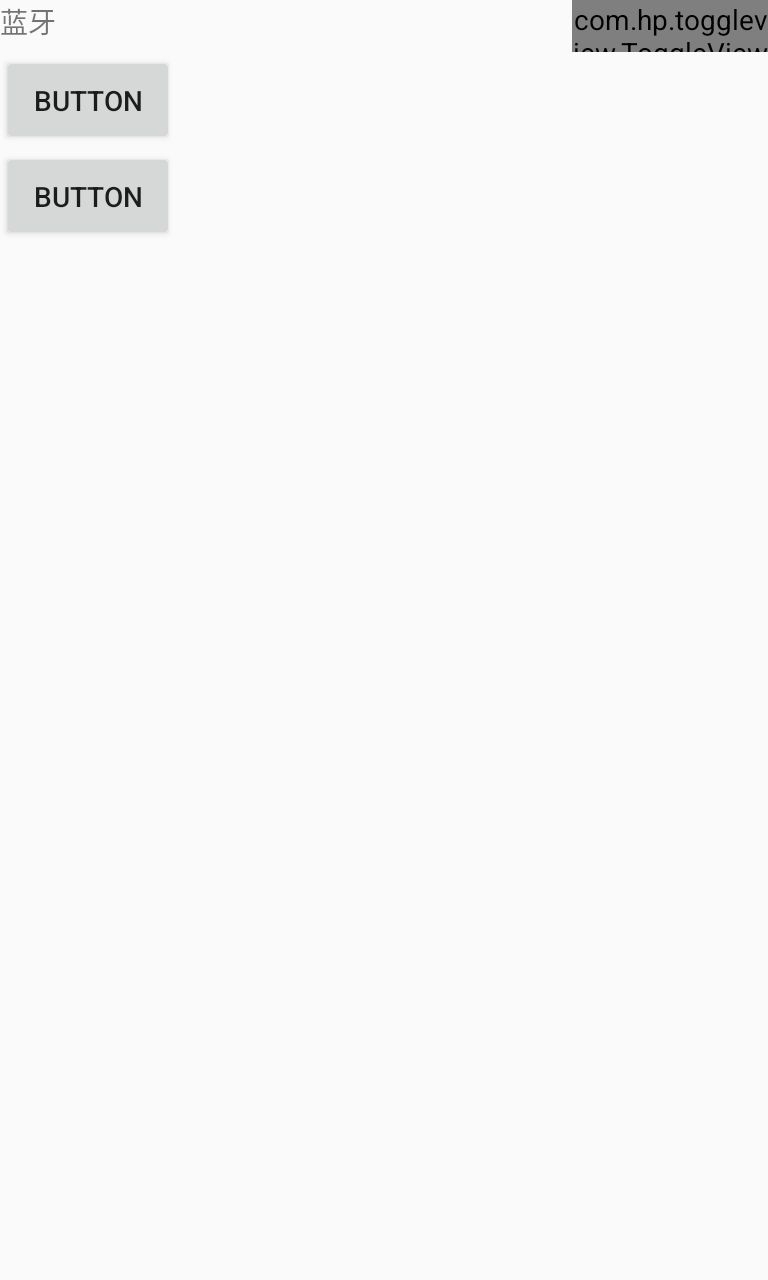
Repository: mimimy/MassagePro
Layout: BLE-Version/MassageTool/res/layout/activity_blooth.xml
These files come from the project's save history. The layout is drawn as it stood at one moment and after the next save; the edit follows.
Pictures or frames that could not be fetched are drawn as grey boxes. It is drawn on a 768 x 1280 px phone screen (xhdpi) without system bars, with theme AppTheme; the app's code is not run. Lists and similar views that code fills are empty.

Above is the layout before, as saved 2018-07-28 01:43:58.

After the next save:
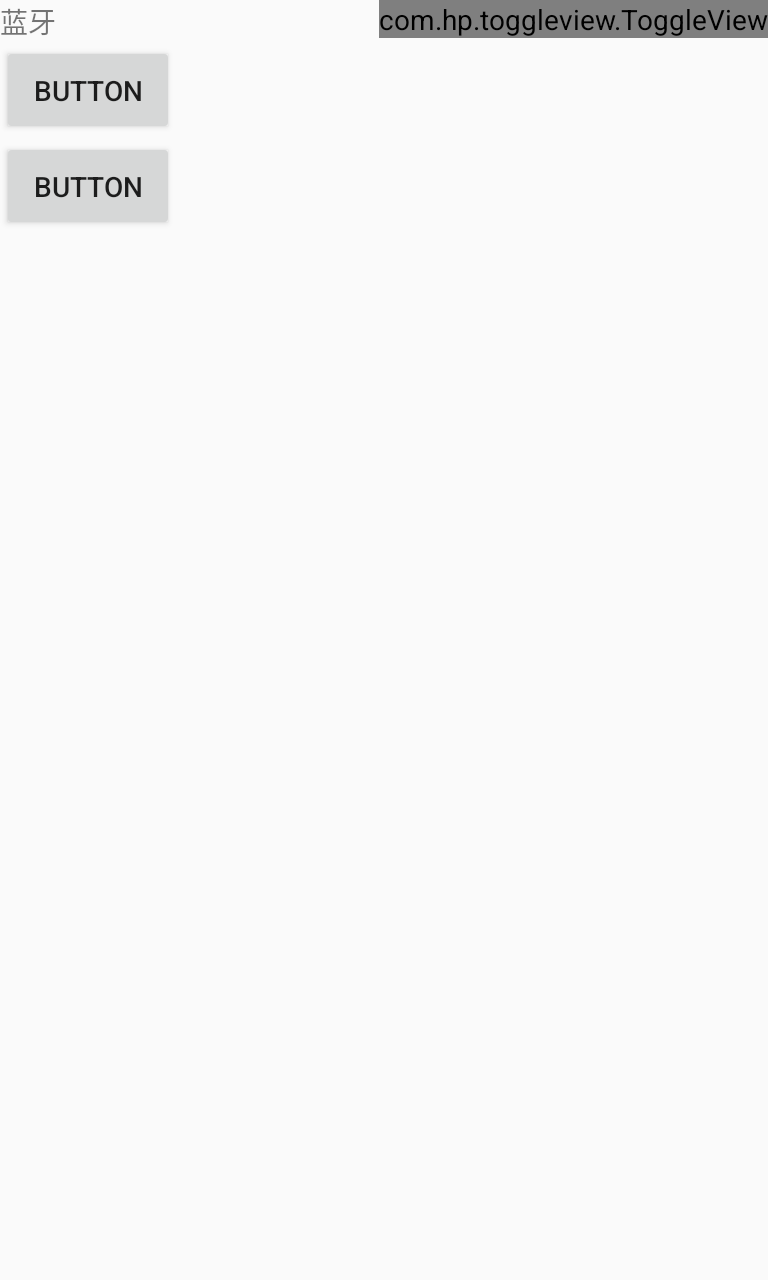
Saved 2 min 27 s later.
--- a/BLE-Version/MassageTool/res/layout/activity_blooth.xml
+++ b/BLE-Version/MassageTool/res/layout/activity_blooth.xml
@@ -17,9 +17,13 @@
 
 	    <com.hp.toggleview.ToggleView
 	        android:id="@+id/toggleView"
-	        android:layout_width="98dp"
-	        android:layout_height="26dp"
-	        android:layout_centerInParent="true">
+	        android:layout_width="wrap_content"
+	        android:layout_height="wrap_content"
+	        android:layout_centerInParent="true"
+	        togview:slide_button="@drawable/slide_button"
+	        togview:switch_background="@drawable/switchbg"
+	        togview:switch_state="false" >
+
 		</com.hp.toggleview.ToggleView>
 	   </LinearLayout>
 	<LinearLayout
